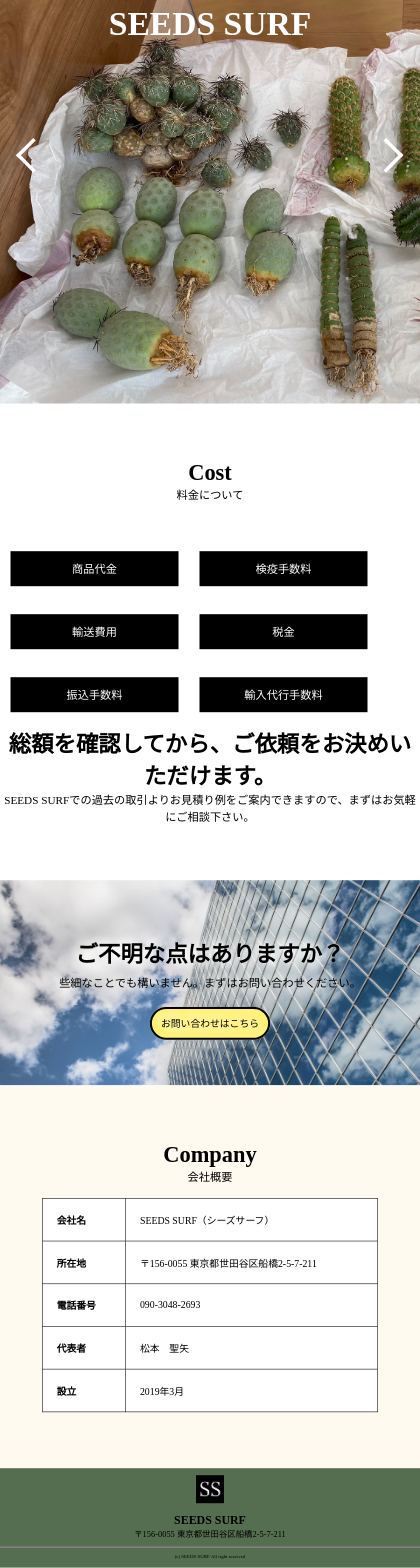
Repository: Seiya00002/seeds-surf-lp
Page: index.html
An editor plug-in stored every save of this project. The page is shown before and after the next save, followed by the edit.
The browser window is 600 px wide. The pictures show the part of the page from y = 2788 to 5028 px (the page is 5028 px tall before and 4988 px after), at 70% of full size.

Above is the page before, as saved 2023-07-19 10:31:43.

After the next save:
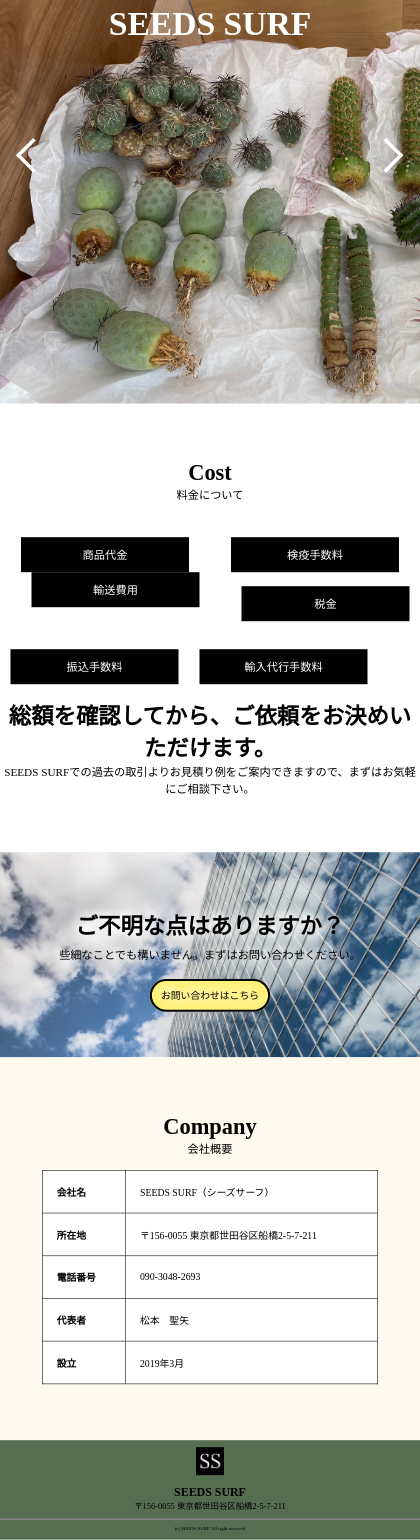
Saved 2 min 36 s later.
--- a/css/style.css
+++ b/css/style.css
@@ -186,7 +186,7 @@ padding-bottom: 50px;
     padding-top: 13px;
 }
 
-/* cost_wrapper */
+/* costについて */
 .cost_wrapper {
     padding: 80px 0;
 }
@@ -470,6 +470,7 @@ th.total {
     }
     .list01 {
         width: 40%;
+        margin: 0 auto;
     }
     .list02 {
         width: 40%;
